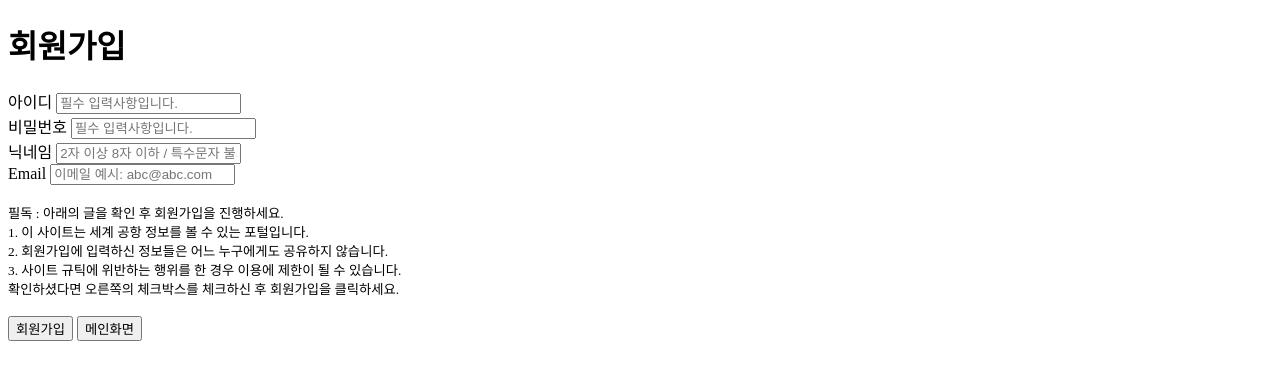
Repository: Gansaw/Airport_Portal
Page: http://localhost/signup
The author's editor kept a copy of each file at every save. The page is drawn from the files as they stood at one save, then again after the next save.
The browser window is 1280 px wide. The pictures show the whole page.
The page is this project's Thymeleaf template; nobody is signed in. The template is opened directly, without the code that normally fills it, so the values that code supplies are empty.

Above is the page before, as saved 2023-07-27 07:06:16.

### WebServiceDevelop/WebProject/src/main/resources/templates/signup.html
<!DOCTYPE html>
<html lang="ko">

<head>
	<meta charset="UTF-8">
	<meta name="viewport" content="width=device-width, initial-scale=1.0">
	<title>회원가입</title>
</head>

<body>
	<h1>회원가입</h1>
	<form>
		<div class="grid">
			<label for="username">
				아이디
				<input type="text" id="username" name="username" placeholder="필수 입력사항입니다." required> <br/>
			</label>
			<label for="password">
				비밀번호
				<input type="password" id="password" name="password" placeholder="필수 입력사항입니다." required> <br/>
			</label>
			<label for="nickname">
				닉네임
				<input type="text" id="nickname" name="nickname" placeholder="2자 이상 8자 이하 / 특수문자 불가능" required> <br/>
			</label>
			<label for="email">Email</label>
			<input type="email" id="email" name="email" placeholder="이메일 예시: abc@abc.com" required> <br/> <br/>

			<small>필독 : 아래의 글을 확인 후 회원가입을 진행하세요.</small><br/>
			<small>1. 이 사이트는 세계 공항 정보를 볼 수 있는 포털입니다.</small><br/>
			<small>2. 회원가입에 입력하신 정보들은 어느 누구에게도 공유하지 않습니다.</small><br/>
			<small>3. 사이트 규틱에 위반하는 행위를 한 경우 이용에 제한이 될 수 있습니다.</small><br/>
			<small>확인하셨다면 오른쪽의 체크박스를 체크하신 후 회원가입을 클릭하세요.</small><br/> <br/>

			<button type="submit">회원가입</button>
			<button type="submit">메인화면</button>
	</form>
</body>

</html>

After the next save:
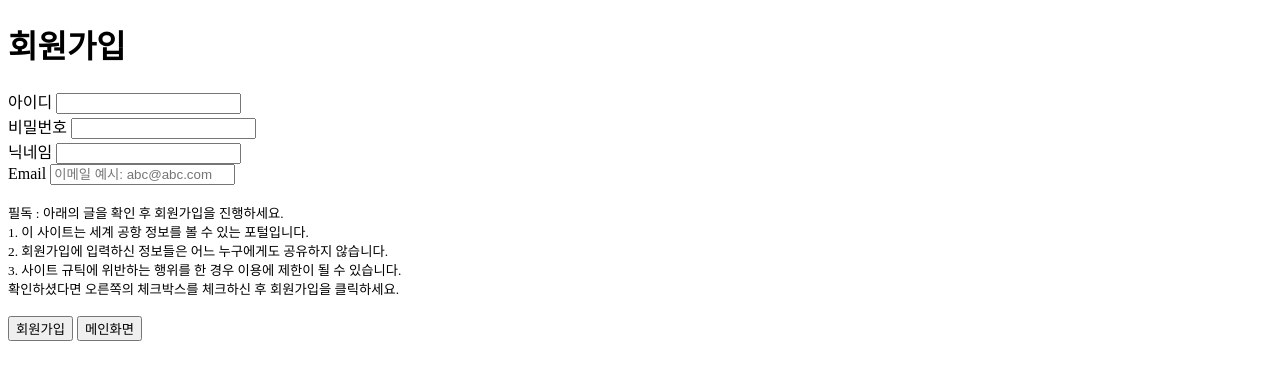
Saved 34 s later.
--- a/WebServiceDevelop/WebProject/src/main/resources/templates/signup.html
+++ b/WebServiceDevelop/WebProject/src/main/resources/templates/signup.html
@@ -13,15 +13,15 @@
 		<div class="grid">
 			<label for="username">
 				아이디
-				<input type="text" id="username" name="username" placeholder="필수 입력사항입니다." required> <br/>
+				<input type="text" id="username" name="username" required> <br/>
 			</label>
 			<label for="password">
 				비밀번호
-				<input type="password" id="password" name="password" placeholder="필수 입력사항입니다." required> <br/>
+				<input type="password" id="password" name="password" required> <br/>
 			</label>
 			<label for="nickname">
 				닉네임
-				<input type="text" id="nickname" name="nickname" placeholder="2자 이상 8자 이하 / 특수문자 불가능" required> <br/>
+				<input type="text" id="nickname" name="nickname" required> <br/>
 			</label>
 			<label for="email">Email</label>
 			<input type="email" id="email" name="email" placeholder="이메일 예시: abc@abc.com" required> <br/> <br/>
